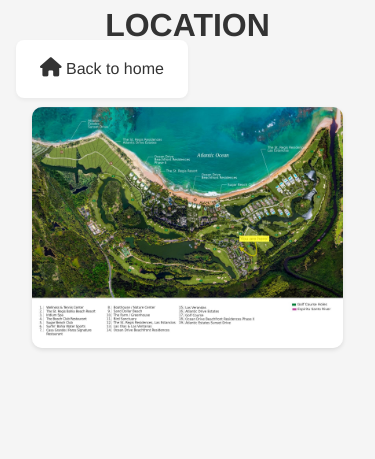
Repository: chvg1968/luxephonebook
Page: public/pages/ map.html
The author's editor kept a copy of each file at every save. The page is drawn from the files as they stood at one save, then again after the next save.
The browser window is 375 px wide. The pictures show the whole page.

Above is the page before, as saved 2025-01-23 19:57:13.

After the next save:
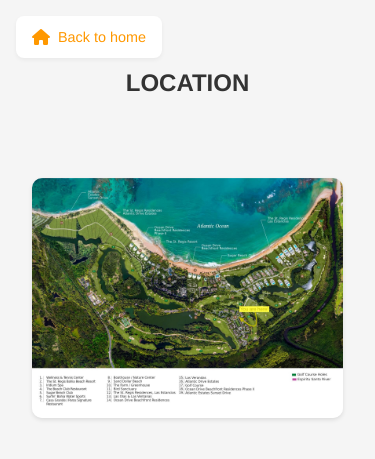
Saved 93 s later.
--- a/public/pages/ map.html
+++ b/public/pages/ map.html
@@ -18,18 +18,54 @@
             border-radius: 10px;
             box-shadow: 0 2px 4px rgba(0,0,0,0.1);
         }
+        .property-welcome {
+            position: relative;
+            min-height: 120px;
+        }
         .back-to-home {
-            padding: 1rem 1.5rem;
+            position: absolute;
+            top: 1rem;
+            left: 1rem;
+            padding: 0.8rem 1.2rem;
             background-color: #fff;
             border-radius: 8px;
-            margin-top: 1.5rem;
-            display: inline-block;
+            display: inline-flex;
+            align-items: center;
             box-shadow: 0 2px 4px rgba(0,0,0,0.05);
+            text-decoration: none;
+            color: #FF9800;
+            font-weight: 500;
+            transition: all 0.3s ease;
+            z-index: 10;
         }
         .back-to-home:hover {
-            background-color: #f8f8f8;
-            transform: translateY(-2px);
-            transition: all 0.3s ease;
+            background-color: #FFF8E1;
+            transform: translateX(-5px);
+        }
+        .back-to-home i {
+            font-size: 1.2rem;
+            margin-right: 0.5rem;
+        }
+        @media (max-width: 768px) {
+            .property-welcome {
+                padding: 4rem 1.2rem 1.2rem 1.2rem;
+                min-height: 100px;
+            }
+            .back-to-home {
+                padding: 0.6rem 1rem;
+                font-size: 0.9rem;
+            }
+            .back-to-home i {
+                font-size: 1rem;
+            }
+            .property-welcome h1 {
+                font-size: 1.8rem;
+            }
+        }
+        @media (max-width: 480px) {
+            .property-welcome h1 {
+                font-size: 1.5rem;
+            }
         }
     </style>
 </head>
